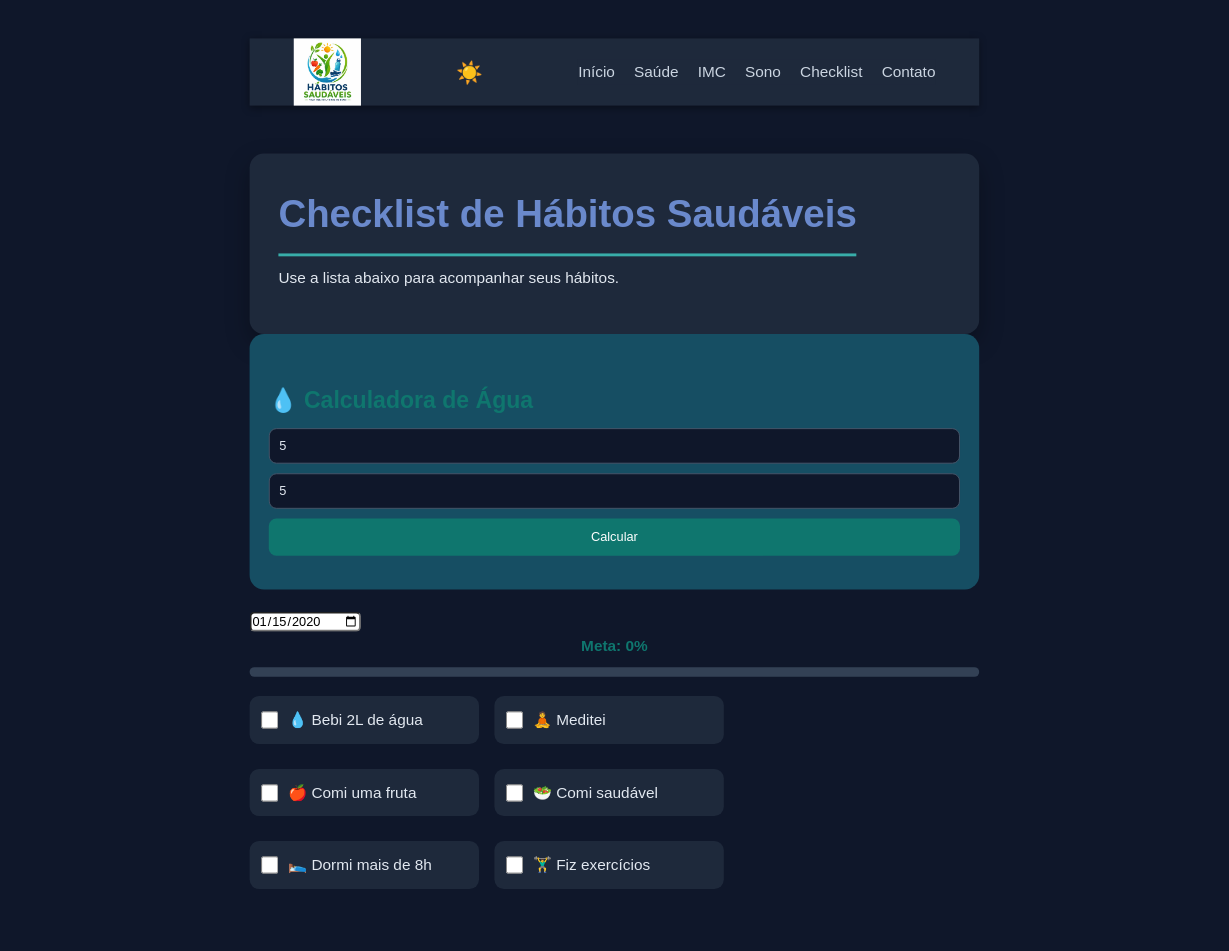
Repository: habitos2026/projetointegrador2026
Page: checklist.html
The author's editor kept a copy of each file at every save. The page is drawn from the files as they stood at one save, then again after a run of saves.
The browser window is 1280 px wide. The pictures show the whole page, at 96% of full size.
Empty fields were first filled with sample values (such as "Sample", 5 or name@example.com).
After loading, the first visible `#btnTema` was clicked once.

Above is the page before, as saved 2026-06-10 19:34:47.

After the next 2 saves:
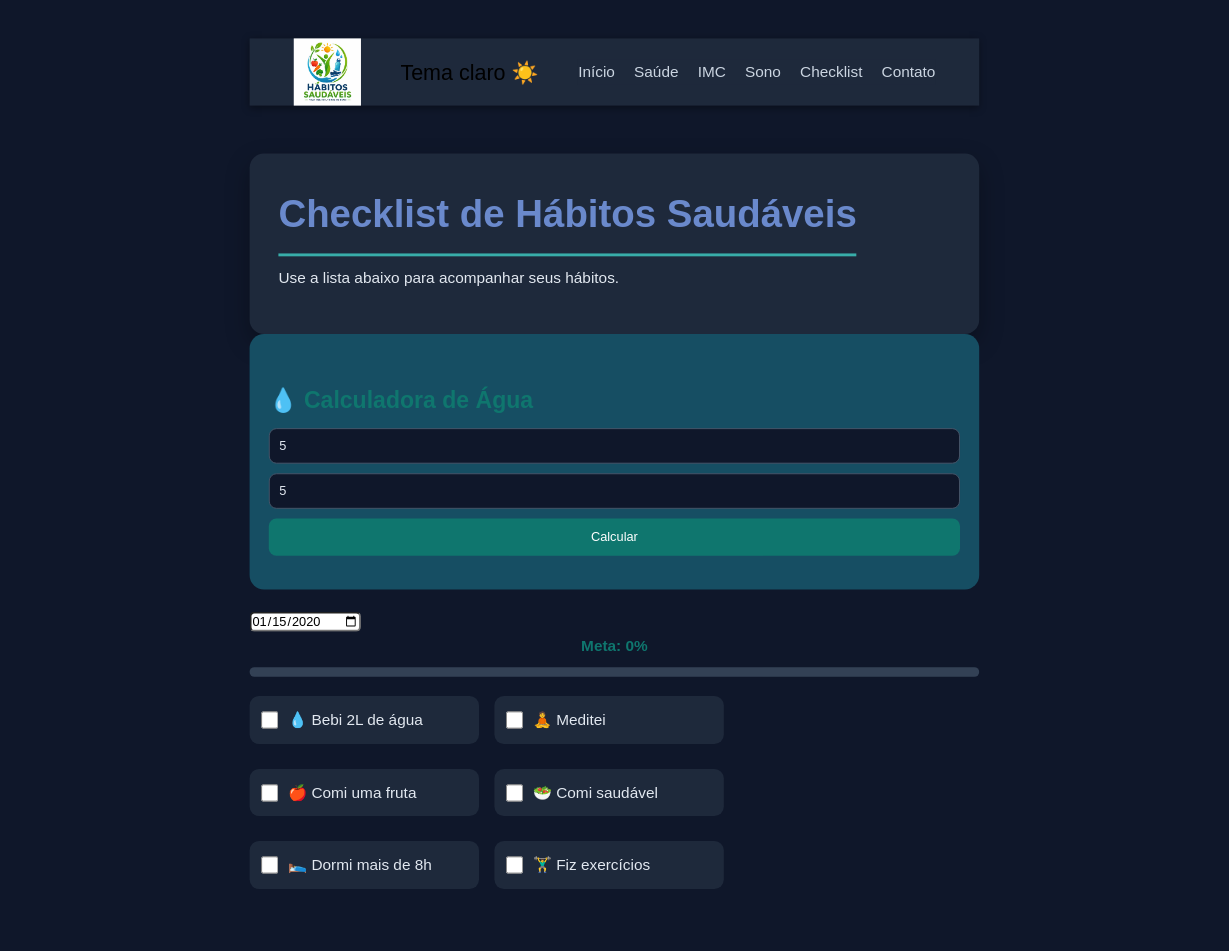
The 2 saves are shown as one change because they came seconds apart.
The last was saved 29 s later.
--- a/trabalho.js
+++ b/trabalho.js
@@ -18,7 +18,7 @@ fetch("menu.html")
         document.body.classList.toggle("dark");
         const temaDark = document.body.classList.contains("dark");
         localStorage.setItem("tema", temaDark ? "dark" : "light");
-        btnTema.textContent = temaDark ? "☀️" : "🌙";
+        btnTema.textContent = temaDark ? "Tema claro ☀️" : "Tema escuro 🌙";
     });
 
     // Botões do menu mobile
